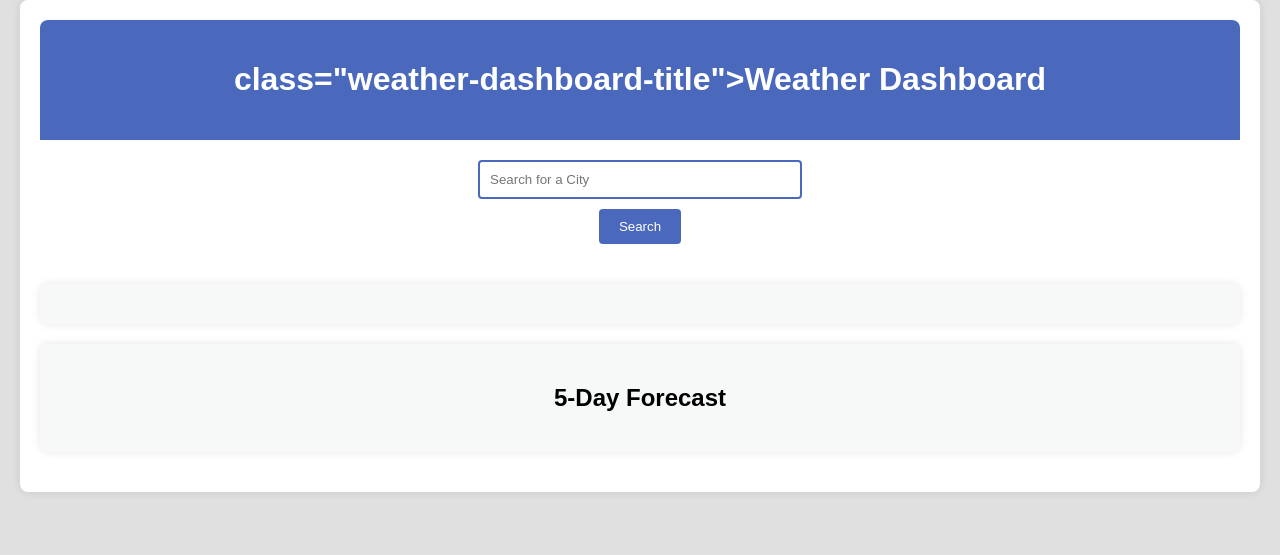
Repository: PaigeC001/WeatherOutlookTracker
Page: WeatherOutlookTracker/index.html
The author's editor kept a copy of each file at every save. The page is drawn from the files as they stood at one save, then again after the next save.
The browser window is 1280 px wide. The pictures show the whole page.

Above is the page before, as saved 2024-07-16 04:39:26.

After the next save:
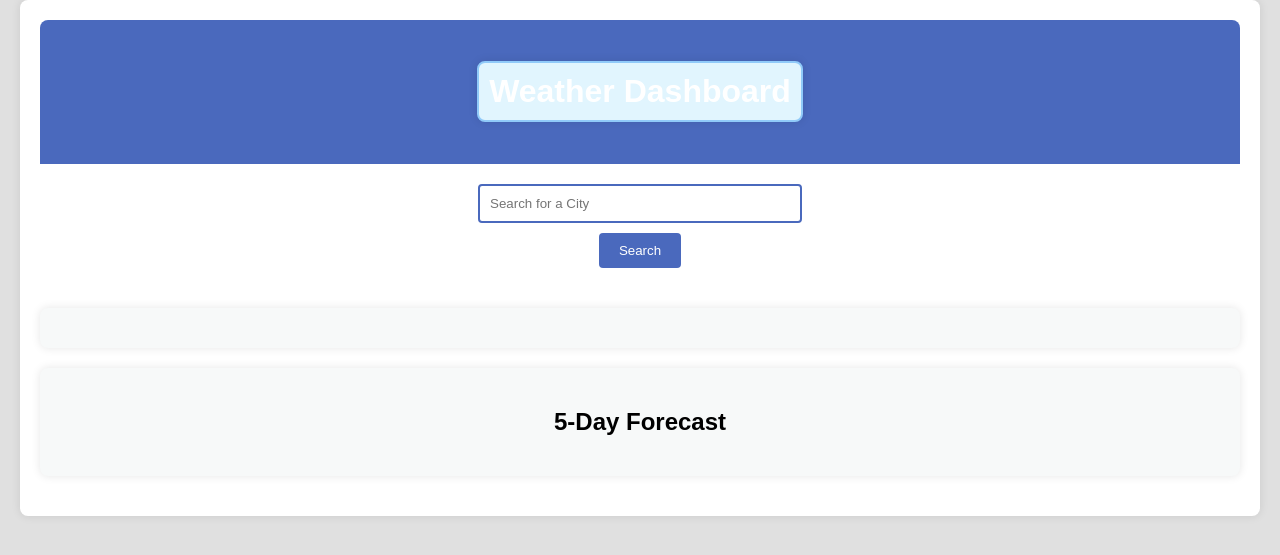
Saved 15 s later.
--- a/WeatherOutlookTracker/index.html
+++ b/WeatherOutlookTracker/index.html
@@ -10,7 +10,7 @@
     <div class="container">
         <!-- Added header section -->
         <header>
-            <h1> class="weather-dashboard-title">Weather Dashboard</h1>
+            <h1 class="weather-dashboard-title">Weather Dashboard</h1>
         </header>
         <main>
             <section class="search-section">
